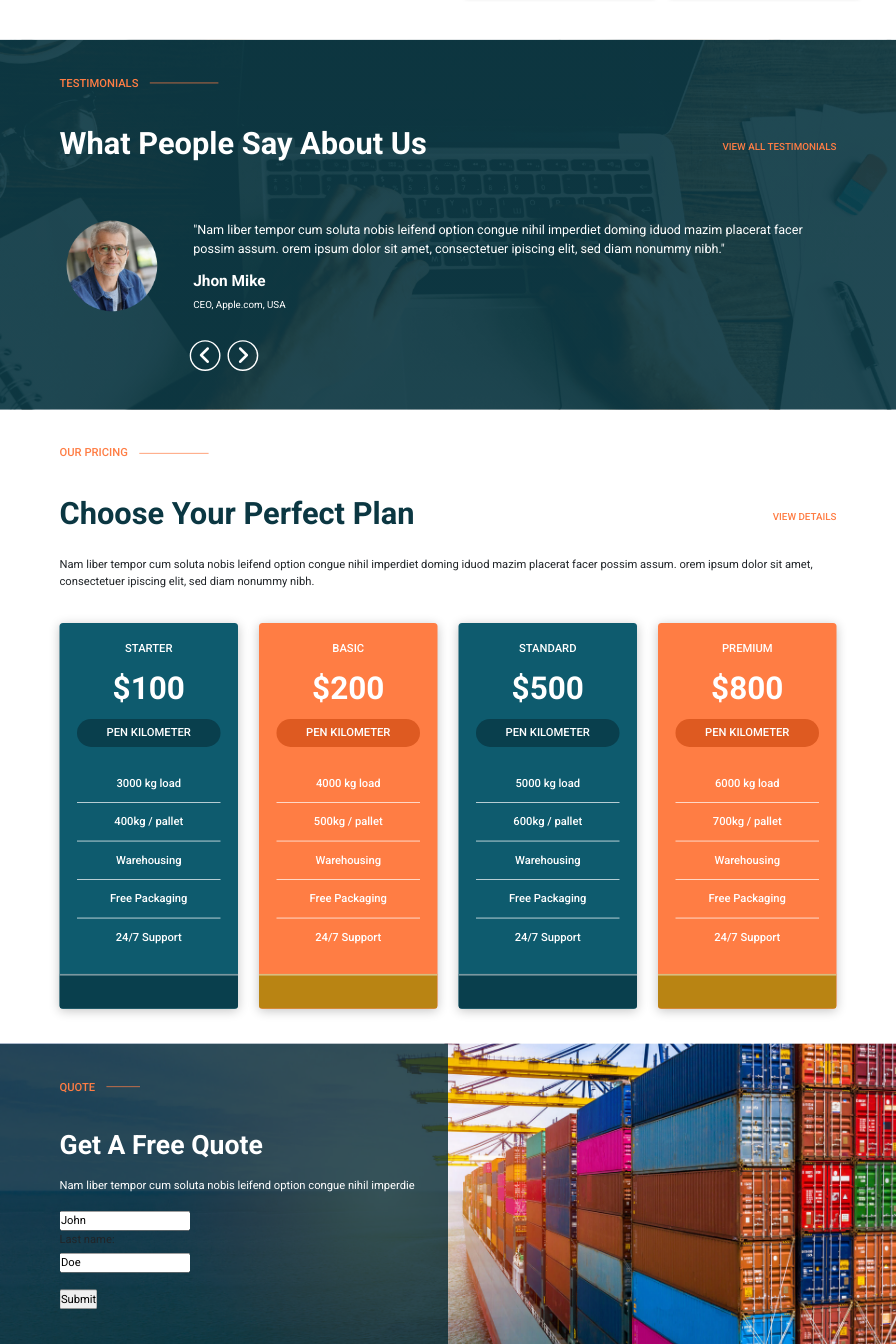
Repository: nazmulalok/shipping-theme
Page: index.html
The author's editor kept a copy of each file at every save. The page is drawn from the files as they stood at one save, then again after the next save.
The browser window is 1280 px wide. The pictures show the part of the page from y = 3150 to 5070 px (the page is 5070 px tall before and 5038 px after), at 70% of full size.
Some web libraries are served in a nearby version.

Above is the page before, as saved 2022-10-09 16:54:55.

After the next save:
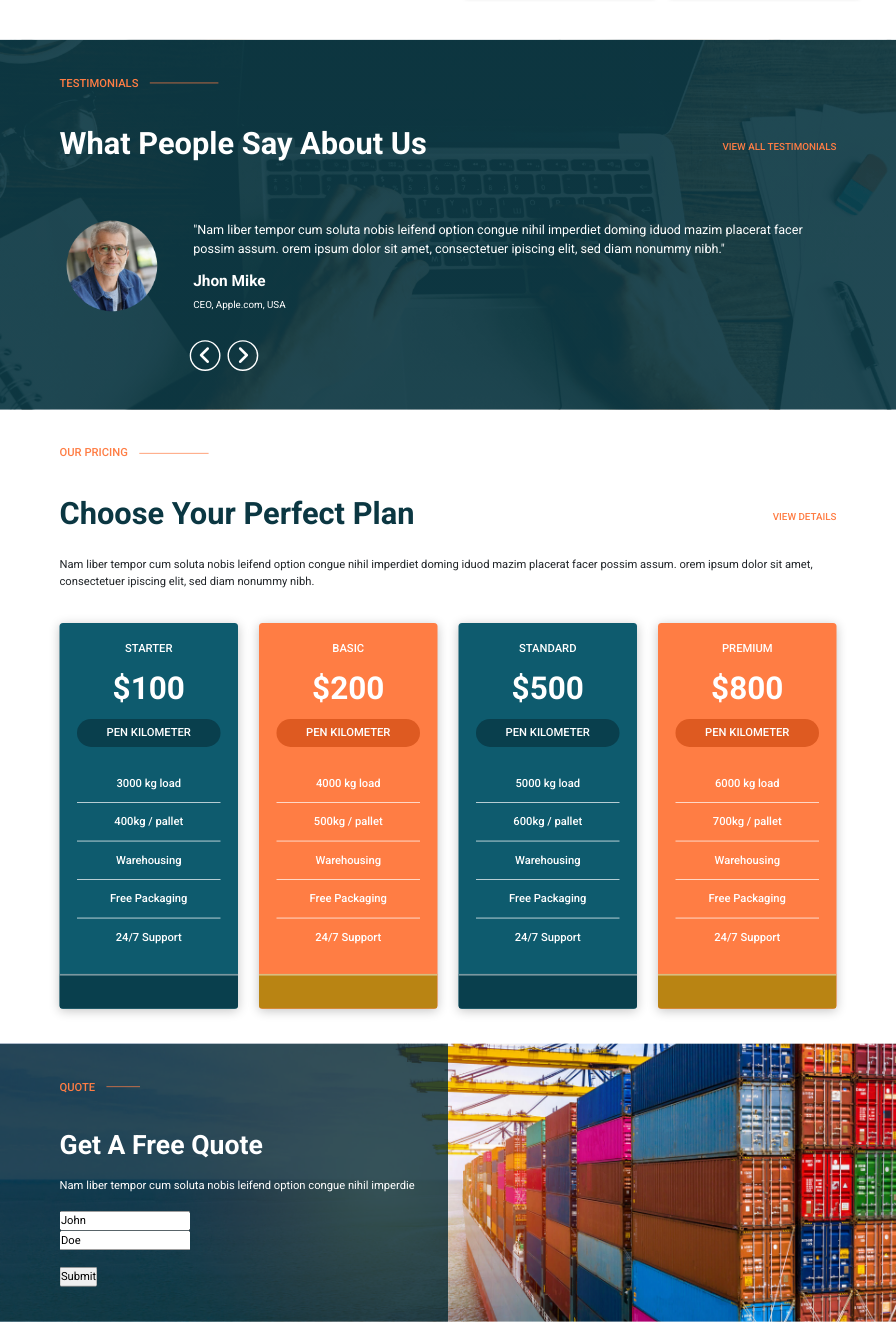
Saved 22 s later.
--- a/index.html
+++ b/index.html
@@ -445,7 +445,6 @@
                         <div class="form-holder">
                             <form action="#">
                                 <input type="text" id="fname" name="fname" value="John"><br>
-                                <label for="lname">Last name:</label><br>
                                 <input type="text" id="lname" name="lname" value="Doe"><br><br>
                                 <input type="submit" value="Submit">
                             </form>
